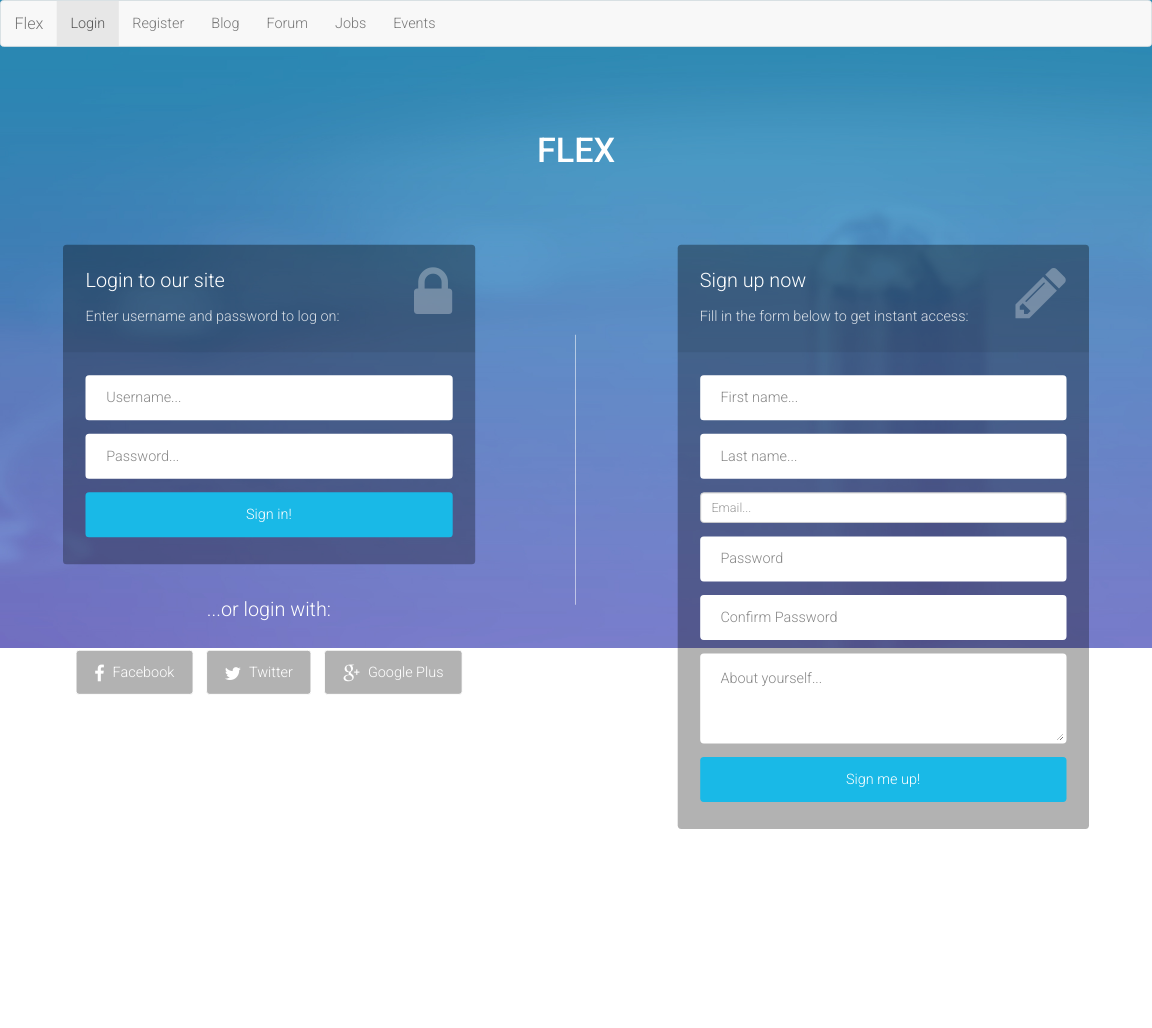
Repository: Angelamritha2012/Flex
Page: Collaboration/WebContent/index.html
These files come from the project's save history. The page is drawn as it stood at one moment and after the next save; the edit follows.
The browser window is 1280 px wide. The pictures show the whole page, at 90% of full size.
Some web libraries are served in a nearby version.

Above is the page before, as saved 2017-11-30 10:10:10.

After the next save:
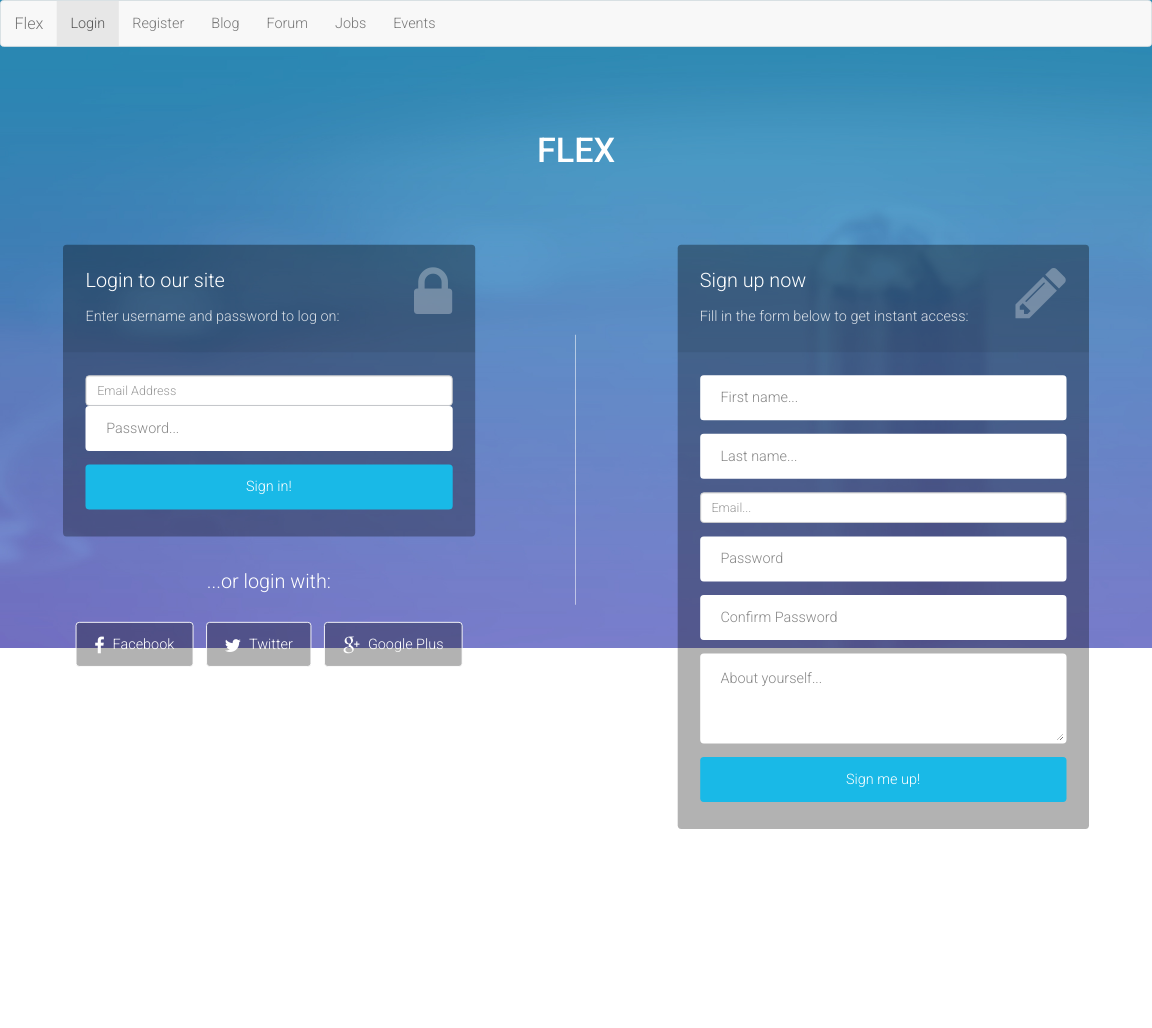
Saved 48 s later.
--- a/Collaboration/WebContent/index.html
+++ b/Collaboration/WebContent/index.html
@@ -86,10 +86,13 @@
 	                            <div class="form-bottom">
 	                            <form name="myForm" ng-submit="submitForm()" novalidate>
 
-				                    <div class="form-group">
+				                   <!--  <div class="form-group">
 				                    		<label class="sr-only" for="form-username">Username</label>
 				                        	<input type="text" name="form-username" placeholder="Username..." class="form-username form-control" id="form-username">
-				                        </div>
+				                        </div>	 -->
+				                        <div>
+        <input type="email" id="email" name="email" class="form-control" placeholder="Email Address" ng-model="formData.email" required />
+      </div>
 
 
 				                        <div class="form-group">
